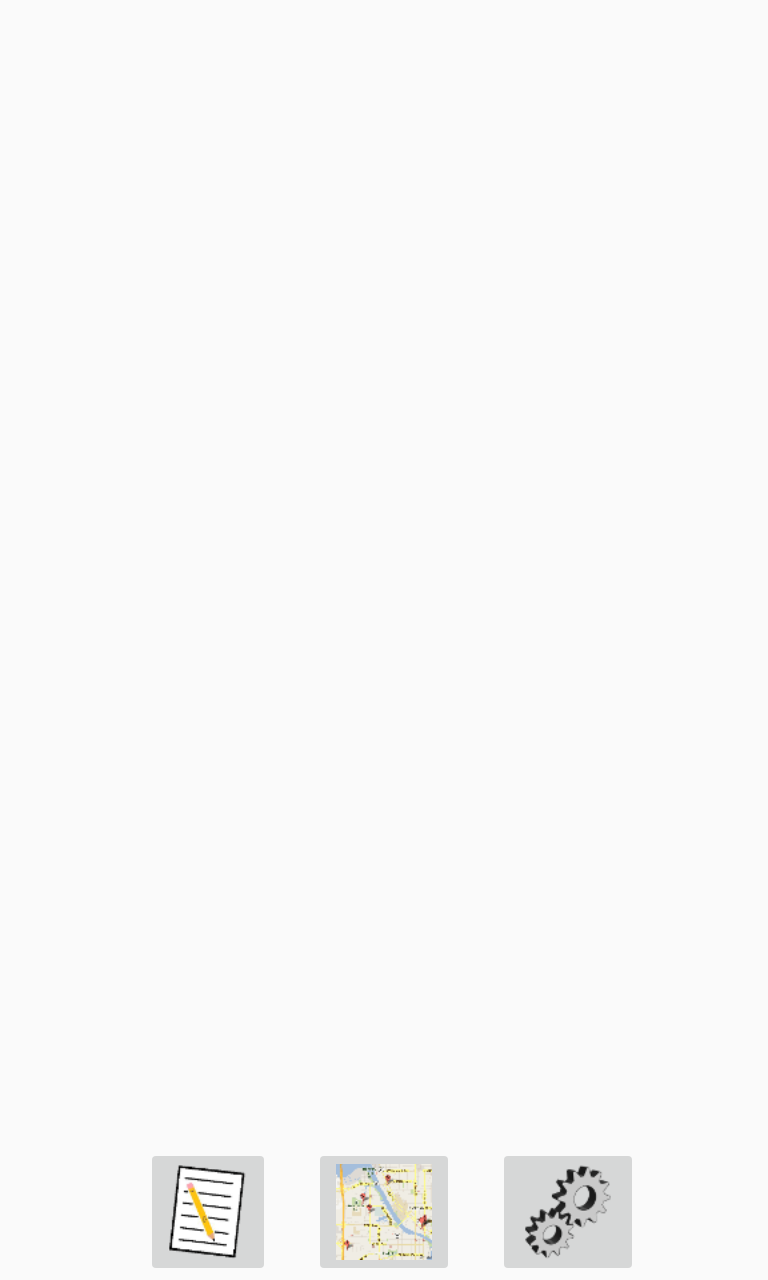
Repository: MobileApps-Cascadia/JenniferBronson_ExercisesChapter5
Layout: MyContactList/res/layout/activity_contact.xml
These files come from the project's save history. The layout is drawn as it stood at one moment and after the next save; the edit follows.
It is drawn on a 768 x 1280 px phone screen (xhdpi) without system bars, with theme AppTheme; the app's code is not run.

Above is the layout before, as saved 2014-04-26 19:59:57.

### MyContactList/res/layout/activity_contact.xml
<RelativeLayout xmlns:android="http://schemas.android.com/apk/res/android"
    xmlns:tools="http://schemas.android.com/tools"
    android:layout_width="match_parent"
    android:layout_height="match_parent"
    tools:context=".ContactActivity">


    <RelativeLayout
        android:id="@+id/navbar"
        android:background="@xcolor/navbar_background"
        android:layout_width="fill_parent"
        android:layout_height="wrap_content"
        android:layout_alignParentBottom="true">

        <ImageButton
            android:id="@+id/imageButtonList"
            android:layout_width="wrap_content"
            android:layout_height="wrap_content"
            android:layout_centerVertical="true"
            android:layout_toLeftOf="@id/imageButtonMap"
            android:layout_marginRight="20dp"
            android:src="@drawable/contactlisticon" />

        <ImageButton
            android:id="@+id/imageButtonMap"
            android:layout_width="wrap_content"
            android:layout_height="wrap_content"
            android:layout_centerVertical="true"
            android:layout_centerHorizontal="true"
            android:layout_toRightOf="@+id/imageButton1"
            android:src="@drawable/mapicon" />

        <ImageButton
            android:id="@+id/imageButtonSettings"
            android:layout_width="wrap_content"
            android:layout_height="wrap_content"
            android:layout_centerVertical="true"
            android:layout_marginLeft="20dp"
            android:layout_toRightOf="@+id/imageButtonMap"
            android:src="@drawable/settingsicon" />

    </RelativeLayout>

</RelativeLayout>

### MyContactList/res/values/color.xml
<?xml version="1.0" encoding="utf-8"?>
<resources>
    <color name="navbar_background">#1a1a48</color>

</resources>

Loaded but not shown: MyContactList/res/values/styles.xml (common file); MyContactList/res/values-v11/styles.xml (common file); MyContactList/res/values-v14/styles.xml (common file)

After the next save:
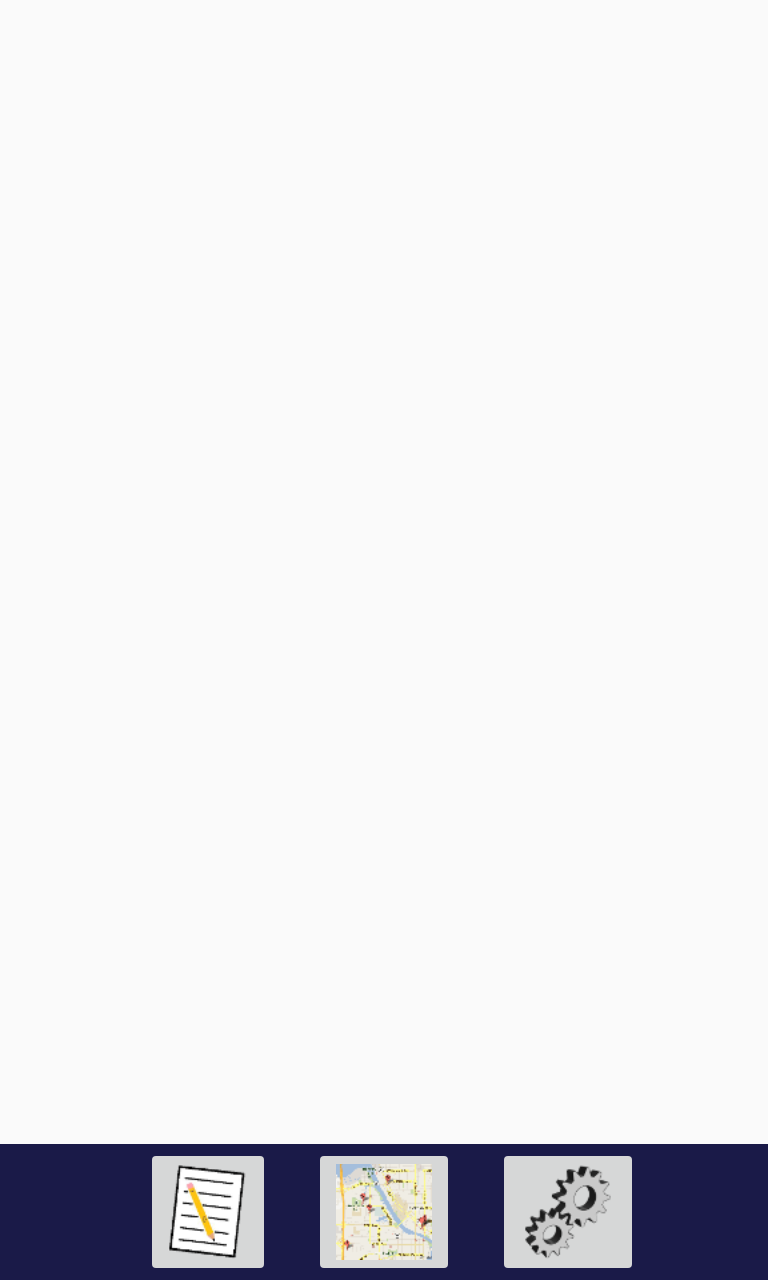
Saved 75 s later.
--- a/MyContactList/res/layout/activity_contact.xml
+++ b/MyContactList/res/layout/activity_contact.xml
@@ -7,7 +7,7 @@
 
     <RelativeLayout
         android:id="@+id/navbar"
-        android:background="@xcolor/navbar_background"
+        android:background="@color/navbar_background"
         android:layout_width="fill_parent"
         android:layout_height="wrap_content"
         android:layout_alignParentBottom="true">
@@ -17,7 +17,7 @@
             android:layout_width="wrap_content"
             android:layout_height="wrap_content"
             android:layout_centerVertical="true"
-            android:layout_toLeftOf="@id/imageButtonMap"
+            android:layout_toLeftOf="@+id/imageButtonMap"
             android:layout_marginRight="20dp"
             android:src="@drawable/contactlisticon" />
 
